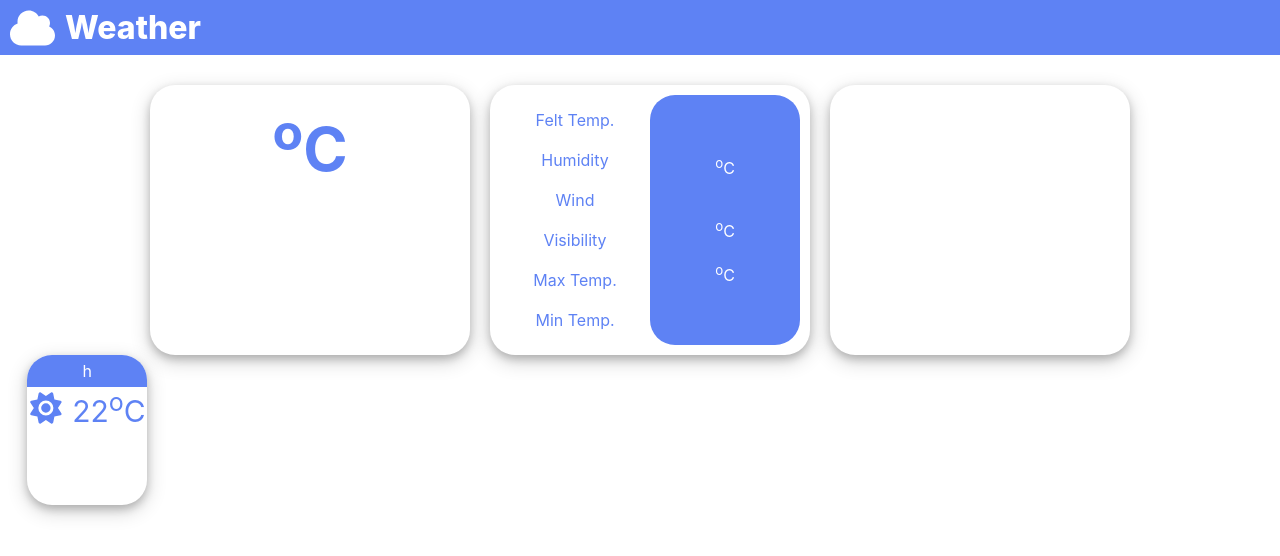
Repository: ahmedazawi/weather-app
Page: /
The author's editor kept a copy of each file at every save. The page is drawn from the files as they stood at one save, then again after the next save.
The browser window is 1280 px wide. The pictures show the whole page.
The project was rebuilt for these pictures with package versions that can differ from the ones it lists, and the page was loaded fresh each time. Also part of the build but not shown: src/components/Map.js.

Above is the page before, as saved 2022-11-30 15:45:17.

### src/App.js
import React, { useState, useEffect } from "react";
import "./App.css";
import Header from "./layout/Header";
import Details from "./components/Details";

import Store from "./assets/data/Store";
function App() {
  return (
    <div className="App">
      <Header />
      <Store>
        <Details />
      </Store>
    </div>
  );
}

export default App;

### src/App.css
body {
  --primaryColor: #5e82f4;
  --secondaryColor: #ffffff;
  --borderRadius: 25px;
}

.nav {
  display: flex;
  align-items: center;
  height: 55px;
  background-color: var(--primaryColor);
}

### src/layout/Header.js
import React from "react";
import { FontAwesomeIcon } from "@fortawesome/react-fontawesome";
import { faCloud } from "@fortawesome/free-solid-svg-icons";
const Header = () => {
  return (
    <div className="nav">
      <div>
        <FontAwesomeIcon
          className="f-icon"
          icon={faCloud}
          color="White"
          style={{ marginLeft: "10px", fontSize: "40px" }}
        />
      </div>

      <h1 style={{ color: "white", marginLeft: "10px", fontWeight: "800" }}>
        Weather
      </h1>
    </div>
  );
};

export default Header;

### src/components/Details.js
import React, { useContext, useEffect } from "react";
import "../assets/css/details.css";
import { ContextApi } from "../assets/data/ContextApi";
import SevenDaysCards from "./SevenDaysCards";
import Map from "./Map";

const Details = () => {
  // const { weather, Loading } = useContext(ContextApi);
  // const [weatherValue, setWeatherValue] = weather;
  // const [LoadingValue, setLoadingValue] = Loading;

  // useEffect(() => {
  // console.log(weatherValue);
  // console.log(LoadingValue);
  // console.log(LocatedValue);
  // console.log(weatherValue.weather[0].main);
  // }, [weatherValue]);

  // if (LoadingValue) {
  //   return <div className="main">Loading...</div>;
  // }

  return (
    <div className="main">
      <div className="big-cards">
        <div>
          {/* <div>{weatherValue.location.city}</div> */}
          <div
            style={{
              fontSize: "60px",
            }}
          >
            {/* {weatherValue.current_observation.condition.temperature} */}
            <sup>o</sup>C
          </div>
          {/* <div>{weatherValue.current_observation.condition.text}</div> */}
        </div>
        <div>
          <div className="line-a">
            <span>Felt Temp.</span>
            <span>Humidity</span>
            <span>Wind</span>
            <span>Visibility</span>
            <span>Max Temp.</span>
            <span>Min Temp.</span>
          </div>
          <div className="line-b">
            <span>
              {/* {weatherValue.current_observation.condition.temperature - 0.7} */}
              <sup>o</sup>C
            </span>
            {/* <span>{weatherValue.current_observation.atmosphere.humidity}%</span> */}
            {/* <span> {weatherValue.current_observation.wind.speed} Km/h</span> */}
            <span>
              {/* {weatherValue.current_observation.atmosphere.visibility} Km */}
            </span>
            <span>
              {/* {weatherValue.forecasts[0].high} */}
              <sup>o</sup>C
            </span>
            <span>
              {/* {weatherValue.forecasts[0].low} */}
              <sup>o</sup>C
            </span>
          </div>
        </div>
        <div>{/* <Map city={weatherValue.location.city} /> */}</div>
      </div>

      <SevenDaysCards />
    </div>
  );
};

export default Details;

### src/assets/data/Store.js
import React, { useState, useEffect } from "react";
import { ContextApi } from "./ContextApi";
import { weatherAppAPI } from "./Api";
import axios from "axios";
function Store({ children }) {
  const [weather, setWeather] = useState([]);
  const [Loading, setLoading] = useState(true);
  const [lat, setLat] = useState();
  const [long, setLong] = useState();
  const [located, setLocated] = useState(false);
  const geolocationAPI = navigator.geolocation;
  const getUserCoordinates = () => {
    if (!geolocationAPI) {
      console.log("Geolocation API is not available in your browser!");
    } else {
      geolocationAPI.getCurrentPosition(
        (position) => {
          const { coords } = position;
          setLat(coords.latitude);
          setLong(coords.longitude);
          setLocated(true);
        },
        (error) => {
          console.log("Something went wrong getting your position!");
        }
      );
    }
  };

  useEffect(() => {
    // getUserCoordinates();
    if (located) {
      const options = {
        method: "GET",
        url: weatherAppAPI,
        params: { lat: lat, long: long, format: "json", u: "c" },
        headers: {
          "X-RapidAPI-Key":
            "863b7c6b72msh78facda9cbf0e03p10660djsn19089c27c69a",
          "X-RapidAPI-Host": "yahoo-weather5.p.rapidapi.com",
        },
      };

      axios
        .request(options)
        .then(function (response) {
          setWeather(response.data);
          setLoading(false);
          console.log(response.data);
        })
        .catch(function (error) {
          console.error(error);
        });
    }
  }, [located]);

  return (
    <ContextApi.Provider
      value={{
        weather: [weather, setWeather],
        Loading: [Loading, setLoading],
      }}
    >
      {children}
    </ContextApi.Provider>
  );
}
export default Store;

### src/assets/css/details.css
.main {
  width: 100%;
  display: flex;
  flex-direction: column;
  justify-content: space-between;
}

.big-cards {
  width: 100%;
  min-height: fit-content;
  display: flex;
  flex-direction: row;
  flex-wrap: wrap;
  gap: 20px;
  align-items: center;
  justify-content: center;
  margin-top: 30px;
  color: var(--primaryColor);
}
.big-cards > div {
  width: 300px;
  height: 250px;
  background-color: var(--secondaryColor);
  padding: 10px;
  border-radius: var(--borderRadius);
  box-shadow: 0 4px 8px 0 rgba(0, 0, 0, 0.2), 0 6px 20px 0 rgba(0, 0, 0, 0.19);
}
.big-cards > div:first-child {
  display: flex;
  flex-direction: column;
  align-items: center;
  justify-content: space-between;
}
.big-cards > div:first-child > div {
  font-size: 30px;
  font-weight: bold;
  margin: 7px 0;
}
.big-cards > div:nth-child(2) {
  display: flex;
  flex-direction: row;
  justify-content: space-between;
}
.big-cards > div:nth-child(2) > div {
  display: flex;
  flex-direction: column;
  align-items: center;
  justify-content: center;
  width: 50%;
}
.big-cards > div:nth-child(2) > div > span {
  margin: 10px 0;
}

.line-b {
  color: var(--secondaryColor);
  background-color: var(--primaryColor);
  border-radius: var(--borderRadius);
}

.big-cards > div:nth-child(3) {
  height: 270px;
  max-width: 340px;
  padding: 0;
  display: flex;
  align-items: center;
  justify-content: center;
  overflow: hidden;
}
.map {
  border: none;
}

### src/assets/data/ContextApi.js
import { createContext } from "react";
export const ContextApi = createContext();

### src/components/SevenDaysCards.js
import React from "react";
import "../assets/css/SevenDaysCards.css";
import { FontAwesomeIcon } from "@fortawesome/react-fontawesome";
import { faSun } from "@fortawesome/free-solid-svg-icons";
const SevenDaysCards = () => {
  return (
    <div className="small-cards">
      <div>
        <div className="sm-cards-header">h</div>
        <div className="sm-cards-body">
          <div className="sm-cards-temp-max">
            <FontAwesomeIcon
              className="sun-icon"
              icon={faSun}
              style={{ fontSize: "30px" }}
            />
            <div style={{ fontSize: "30px" }}>
              22<sup>o</sup>C
            </div>
          </div>

          <div className="sm-cards-temp-min"></div>
        </div>
      </div>
    </div>
  );
};

export default SevenDaysCards;
<FontAwesomeIcon
  className="f-icon"
  icon={faSun}
  color="black"
  style={{ marginLeft: "10px", fontSize: "40px" }}
/>;

### src/assets/data/Api.js
export const weatherAppAPI = "https://fcc-weather-api.glitch.me/api/current";

export const googleMapAPI = "AIzaSyAq15HbfCRMW7RqNb5LUNyOLyfzpYI0wl4";

//https://pokeapi.co/api/v2/pokemon/4

//https://fcc-weather-api.glitch.me/api/current?lat=462&lon=41

//https://api.open-meteo.com/v1/forecast?latitude=${lat}&longitude=${long}&daily=temperature_2m_max,temperature_2m_min,rain_sum,windspeed_10m_max,windgusts_10m_max&timezone=auto

//https://yahoo-weather5.p.rapidapi.com/weather

### src/assets/css/SevenDaysCards.css
.small-cards {
  display: grid;
  grid-template-columns: repeat(7, 1fr);
  gap: 10px;
  justify-items: center;
  width: 100%;
}
.small-cards > div {
  display: flex;
  flex-direction: column;
  width: 120px;
  height: 150px;
  overflow: hidden;
  background-color: var(--secondaryColor);
  border-radius: var(--borderRadius);
  box-shadow: 0 4px 8px 0 rgba(0, 0, 0, 0.2), 0 6px 20px 0 rgba(0, 0, 0, 0.19);
}
.small-cards > div > .sm-cards-header {
  width: 100%;
  height: 40px;
  background-color: var(--primaryColor);
  display: flex;
  align-items: center;
  justify-content: center;
  color: var(--secondaryColor);
}
.sm-cards-body {
  display: flex;
  flex-direction: column;
  align-items: center;
  height: 100%;
}
.sm-cards-body > div {
  display: flex;
  flex-direction: row;
  align-items: center;
  justify-content: center;
  width: 100%;
  gap: 10px;
  color: var(--primaryColor);
}

Loaded but not shown: public/index.html (common file); src/index.js (common file); src/index.css (common file)

After the next save:
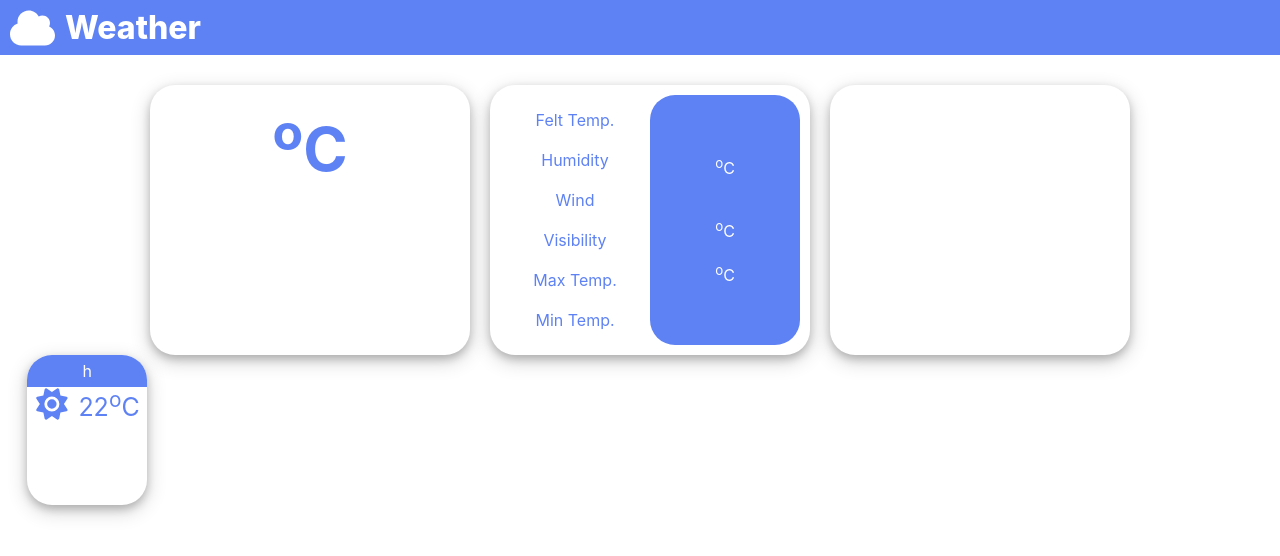
Saved 6 s later.
--- a/src/components/SevenDaysCards.js
+++ b/src/components/SevenDaysCards.js
@@ -14,7 +14,7 @@ const SevenDaysCards = () => {
               icon={faSun}
               style={{ fontSize: "30px" }}
             />
-            <div style={{ fontSize: "30px" }}>
+            <div style={{ fontSize: "25px" }}>
               22<sup>o</sup>C
             </div>
           </div>
